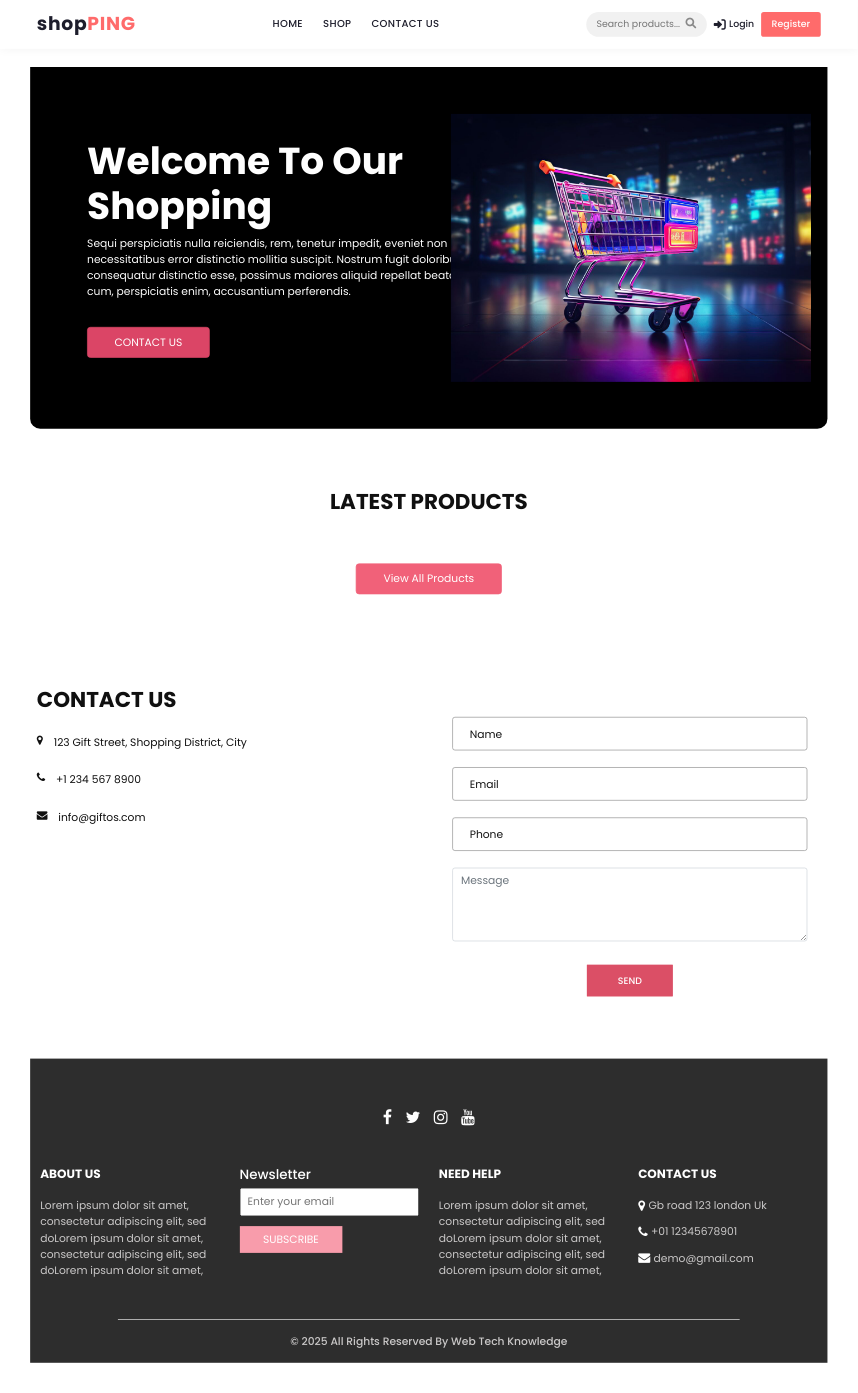
Repository: hahuuchinh2501/ecommerce_project
Page: http://localhost/
An editor plug-in stored every save of this project. The page is shown before and after the next save, followed by the edit.
The browser window is 1280 px wide. The pictures show the whole page, at 67% of full size.
The page is served by the project's Laravel application, run on PHP 8.4 with Laravel 12. Other server files are loaded and not shown. Queries for data that is not in the repository find no rows.

Above is the page before, as saved 2025-04-09 11:36:21.

### routes/web.php
<?php

use App\Http\Controllers\AdminController;
use App\Http\Controllers\ProfileController;
use App\Http\Controllers\ShopController;
use Illuminate\Support\Facades\Route;

use App\Http\Controllers\HomeController;

route::get('/',[HomeController::class,'home']);

route::get('/dashboard',[HomeController::class,'login_home'])->middleware(['auth', 'verified'])->name('dashboard');

Route::get('/myorders', [HomeController::class, 'myorders'])->middleware(['auth', 'verified']);

// Route::get('/dashboard', function () {
//     return view('home.index');
// })->middleware(['auth', 'verified'])->name('dashboard');

Route::middleware('auth')->group(function () {
    Route::get('/profile', [ProfileController::class, 'edit'])->name('profile.edit');
    Route::patch('/profile', [ProfileController::class, 'update'])->name('profile.update');
    Route::delete('/profile', [ProfileController::class, 'destroy'])->name('profile.destroy');
});

require __DIR__.'/auth.php';


route::get('admin/dashboard',[HomeController::class,'index'])->middleware(['auth','admin']);

route::get('view_category',[AdminController::class,'view_category'])->middleware(['auth','admin']);

route::post('add_category',[AdminController::class,'add_category'])->middleware(['auth','admin']);

route::get('delete_category/{id}',[AdminController::class,'delete_category'])->middleware(['auth','admin']);

route::get('edit_category/{id}',[AdminController::class,'edit_category'])->middleware(['auth','admin']);

route::post('update_category/{id}',[AdminController::class,'update_category'])->middleware(['auth','admin']);



route::get('view_brand',[AdminController::class,'view_brand'])->middleware(['auth','admin']);

route::post('add_brand',[AdminController::class,'add_brand'])->middleware(['auth','admin']);

route::get('delete_brand/{id}',[AdminController::class,'delete_brand'])->middleware(['auth','admin']);

route::get('edit_brand/{id}',[AdminController::class,'edit_brand'])->middleware(['auth','admin']);

route::post('update_brand/{id}',[AdminController::class,'update_brand'])->middleware(['auth','admin']);



route::get('add_product',[AdminController::class,'add_product'])->middleware(['auth','admin']);

route::post('upload_product',[AdminController::class,'upload_product'])->middleware(['auth','admin']);

route::get('view_product',[AdminController::class,'view_product'])->middleware(['auth','admin']);


route::get('delete_product/{id}',[AdminController::class,'delete_product'])->middleware(['auth','admin']);

route::get('update_product/{id}',[AdminController::class,'update_product'])->middleware(['auth','admin']);

route::post('edit_product/{id}',[AdminController::class,'edit_product'])->middleware(['auth','admin']);

route::get('product_search',[AdminController::class,'product_search'])->middleware(['auth','admin']);

Route::get('product_details/{id}', [HomeController::class, 'product_details']);

Route::get('add_cart/{id}', [HomeController::class, 'add_cart'])->middleware(['auth', 'verified']);

Route::post('add_cart/{id}', [HomeController::class, 'add_cart'])->middleware(['auth', 'verified']);

Route::get('mycart', [HomeController::class, 'mycart'])->middleware(['auth', 'verified']);

Route::get('remove_cart/{id}', [HomeController::class, 'remove_cart']);

Route::post('update_cart_quantity/{id}', [HomeController::class, 'update_cart_quantity']);


Route::get('view_shop', [HomeController::class, 'view_shop']);

Route::post('confirm_order', [HomeController::class, 'confirm_order'])->middleware(['auth', 'verified']);

Route::get('view_orders', [AdminController::class, 'view_order'])->middleware(['auth', 'admin']);

Route::get('on_delivery/{id}', [AdminController::class, 'on_delivery'])->middleware(['auth', 'admin']);

Route::get('delivered/{id}', [AdminController::class, 'delivered'])->middleware(['auth', 'admin']);

Route::get('print_pdf/{id}', [AdminController::class, 'print_pdf'])->middleware(['auth', 'admin']);

Route::get('view_users', [AdminController::class, 'view_users'])->middleware(['auth', 'admin']);
Route::get('delete_user/{id}', [AdminController::class, 'delete_user'])->middleware(['auth', 'admin']);

Route::get('delete_order/{id}', [HomeController::class, 'delete_order'])->name('delete_order');

Route::controller(HomeController::class)->group(function(){

    Route::get('stripe/{total}', 'stripe');

    Route::post('stripe', 'stripePost')->name('stripe.post');

});

Route::get('view_contact', [HomeController::class, 'view_contact']);

Route::get('search', [HomeController::class, 'search']);

### app/Models/Product.php
<?php

namespace App\Models;

use Illuminate\Database\Eloquent\Factories\HasFactory;
use Illuminate\Database\Eloquent\Model;

class Product extends Model
{
    use HasFactory;

    protected $fillable = [
        'title',
        'description',
        'price',
        'image1',
        'image2',
        'image3',
        'category_id'
    ];

    public function category()
    {
        return $this->belongsTo(Category::class);
    }
}

### resources/views/home/index.blade.php
<!DOCTYPE html>
<html>

<head>
  @include('home.css')
</head>

<body>
  <div class="hero_area">
    <!-- header section strats -->
   @include('home.header')
    <!-- end header section -->
    <!-- slider section -->
    @include('home.slider')

    <!-- end slider section -->
  </div>
  <!-- end hero area -->

  <!-- shop section -->

    @include('home.product')

  <!-- end shop section -->







  <!-- contact section -->

  @include('home.contact')
  <!-- end contact section -->



  <!-- info section -->

 @include('home.footer')

</body>

</html>

### resources/views/home/header.blade.php
<!DOCTYPE html>
<html lang="en">
<head>
  <meta charset="UTF-8">
  <meta name="viewport" content="width=device-width, initial-scale=1.0">
  <title>shopPING - Fashion Store</title>
  <link href="https://cdnjs.cloudflare.com/ajax/libs/font-awesome/6.0.0-beta3/css/all.min.css" rel="stylesheet">
  @include('home.css')
</head>
<body>
  <header class="header">
    <div class="container">
      <nav class="navbar">
        <div class="brand">
          <a href="{{ url('/') }}" class="logo">shop<span>PING</span></a>
        </div>

        <div class="mobile-toggle">
          <i class="fas fa-bars"></i>
        </div>

        <ul class="nav-menu">
          <li class="nav-item">
            <a href="{{ url('/') }}" class="nav-link">Home</a>
          </li>
          <li class="nav-item dropdown">
            <a href="{{ url('view_shop') }}" class="nav-link">Shop</a>

          </li>

          <li class="nav-item">
            <a href="{{ url('view_contact') }}" class="nav-link">Contact Us</a>
          </li>
        </ul>

        <div class="user-actions">
          @if (Route::has('login'))
            @auth
              <a href="{{ url('myorders') }}" class="action-btn">
                <i class="fas fa-list-ul"></i>
                <span>Orders</span>
              </a>
              <a href="{{ url('mycart') }}" class="action-btn">
                <i class="fas fa-shopping-bag"></i>
                <span>Cart</span>
                <span class="cart-count">{{ $count }}</span>
              </a>
              <form class="search-form" action="{{ url('search') }}" method="GET">
    <input type="text" class="search-input" name="search_text" placeholder="Search products..." required>
    <button type="submit" class="search-btn">
        <i class="fas fa-search"></i>
    </button>
</form>



              <form method="POST" action="{{ route('logout') }}" class="logout-form">
                @csrf
                <button type="submit" class="logout-btn">
                  <i class="fas fa-sign-out-alt"></i>
                  <span>Logout</span>
                </button>
              </form>
              <a style="margin-left: 20px;" href="{{ url('/profile') }}">welcome: {{ Auth::user()->name }}</a>

            @else
              <form class="search-form" action="{{ url('search') }}" method="GET">
    <input type="text" class="search-input" name="search_text" placeholder="Search products..." required>
    <button type="submit" class="search-btn">
        <i class="fas fa-search"></i>
    </button>
</form>

              <a href="{{ url('/login') }}" class="action-btn" style="margin: 10px;">
                <i class="fas fa-sign-in-alt"></i>
                <span>Login</span>
              </a>
              <a href="{{ url('/register') }}" class="btn btn-primary">Register</a>
            @endauth
          @endif
        </div>
      </nav>
    </div>
  </header>

  <script>

    window.addEventListener('scroll', function() {
      const header = document.querySelector('.header');
      if (window.scrollY > 50) {
        header.classList.add('header-scrolled');
      } else {
        header.classList.remove('header-scrolled');
      }
    });


    const mobileToggle = document.querySelector('.mobile-toggle');
    const navMenu = document.querySelector('.nav-menu');

    if (mobileToggle) {
      mobileToggle.addEventListener('click', function() {
        navMenu.classList.toggle('active');
      });
    }


    const dropdowns = document.querySelectorAll('.dropdown');

    dropdowns.forEach(dropdown => {
      dropdown.addEventListener('click', function(e) {
        if (window.innerWidth < 992) {
          e.preventDefault();
          this.classList.toggle('active');
        }
      });
    });
  </script>
</body>
</html>

### resources/views/home/slider.blade.php

    <section class="slider_section" style="padding-top: 100px;">
      <div class="slider_container">
        <div id="carouselExampleIndicators" class="carousel slide" data-ride="carousel">
          <div class="carousel-inner">
            <div class="carousel-item active">
              <div class="container-fluid">
                <div class="row">
                  <div class="col-md-7">
                    <div class="detail-box">
                      <h1>
                        Welcome To Our <br>
                        Shopping
                      </h1>
                      <p>
                        Sequi perspiciatis nulla reiciendis, rem, tenetur impedit, eveniet non necessitatibus error distinctio mollitia suscipit. Nostrum fugit doloribus consequatur distinctio esse, possimus maiores aliquid repellat beatae cum, perspiciatis enim, accusantium perferendis.
                      </p>
                      <a href="{{ url('view_contact') }}">
                        Contact Us
                      </a>
                    </div>
                  </div>
                  <div class="col-md-5 ">
                    <div class="img-box">
                      <img style="width:600px" src="images/image3.jpeg" alt="" />
                    </div>
                  </div>
                </div>
              </div>
            </div>

          </div>

        </div>
      </div>
    </section>

### resources/views/home/product.blade.php
 <section class="shop_section layout_padding">
    <div class="container">
      <div class="heading_container heading_center">
        <h2>
          Latest Products
        </h2>
      </div>
      <div class="row">
        @foreach($product as $products )


        <div class="col-sm-6 col-md-4 col-lg-3">
          <div class="box">

              <div class="img-box">
                <img src="products/{{ $products->image1 }}" alt="">
              </div>
              <div class="detail-box">
                <h6>
                  {{ $products->title }}
                </h6>
                <h6>
                  Price
                  <span>
                    {{ $products->price }}
                  </span>
                </h6>
              </div>

            <div style="padding:15px">
              <a class="btn btn-dark" style="color: white" href="{{ url('product_details', $products->id) }}">
                Details
              </a>
               <a class="btn btn-white" style="border: 1px solid " href="{{ url('add_cart', $products->id) }}">
                add cart
              </a>
          </div>
          </div>
        </div>
        @endforeach
        </div>
      </div>
      <div class="btn-box">
        <a href="{{ url('view_shop') }}">
          View All Products
        </a>
      </div>
    </div>
  </section>

### resources/views/home/contact.blade.php
<section class="contact_section py-5">
  <div class="container">
    <div class="row">
      <div class="col-md-6">
        <div class="heading_container mb-4">
          <h2>Contact Us</h2>
        </div>
        <div class="contact_info">
          <div class="info_item d-flex mb-3">
            <i class="fa fa-map-marker mr-3" aria-hidden="true"></i>
            <p>123 Gift Street, Shopping District, City</p>
          </div>
          <div class="info_item d-flex mb-3">
            <i class="fa fa-phone mr-3" aria-hidden="true"></i>
            <p>+1 234 567 8900</p>
          </div>
          <div class="info_item d-flex mb-3">
            <i class="fa fa-envelope mr-3" aria-hidden="true"></i>
            <p>info@giftos.com</p>
          </div>
        </div>
      </div>
      <div class="col-md-6">
        <form action="#">
          <div class="form-group">
            <input type="text" class="form-control" placeholder="Name" required />
          </div>
          <div class="form-group">
            <input type="email" class="form-control" placeholder="Email" required />
          </div>
          <div class="form-group">
            <input type="text" class="form-control" placeholder="Phone" />
          </div>
          <div class="form-group">
            <textarea class="form-control" rows="4" placeholder="Message" required></textarea>
          </div>
          <button type="submit" class="btn btn-primary">SEND</button>
        </form>
      </div>
    </div>
  </div>
</section>

### resources/views/home/footer.blade.php
<section class="info_section  layout_padding2-top">
    <div class="social_container">
      <div class="social_box">
        <a href="">
          <i class="fa fa-facebook" aria-hidden="true"></i>
        </a>
        <a href="">
          <i class="fa fa-twitter" aria-hidden="true"></i>
        </a>
        <a href="">
          <i class="fa fa-instagram" aria-hidden="true"></i>
        </a>
        <a href="">
          <i class="fa fa-youtube" aria-hidden="true"></i>
        </a>
      </div>
    </div>
    <div class="info_container ">
      <div class="container">
        <div class="row">
          <div class="col-md-6 col-lg-3">
            <h6>
              ABOUT US
            </h6>
            <p>
              Lorem ipsum dolor sit amet, consectetur adipiscing elit, sed doLorem ipsum dolor sit amet, consectetur adipiscing elit, sed doLorem ipsum dolor sit amet,
            </p>
          </div>
          <div class="col-md-6 col-lg-3">
            <div class="info_form ">
              <h5>
                Newsletter
              </h5>
              <form action="#">
                <input type="email" placeholder="Enter your email">
                <button>
                  Subscribe
                </button>
              </form>
            </div>
          </div>
          <div class="col-md-6 col-lg-3">
            <h6>
              NEED HELP
            </h6>
            <p>
              Lorem ipsum dolor sit amet, consectetur adipiscing elit, sed doLorem ipsum dolor sit amet, consectetur adipiscing elit, sed doLorem ipsum dolor sit amet,
            </p>
          </div>
          <div class="col-md-6 col-lg-3">
            <h6>
              CONTACT US
            </h6>
            <div class="info_link-box">
              <a href="">
                <i class="fa fa-map-marker" aria-hidden="true"></i>
                <span> Gb road 123 london Uk </span>
              </a>
              <a href="">
                <i class="fa fa-phone" aria-hidden="true"></i>
                <span>+01 12345678901</span>
              </a>
              <a href="">
                <i class="fa fa-envelope" aria-hidden="true"></i>
                <span> demo@gmail.com</span>
              </a>
            </div>
          </div>
        </div>
      </div>
    </div>
    <!-- footer section -->
    <footer class=" footer_section">
      <div class="container">
        <p>
          &copy; <span id="displayYear"></span> All Rights Reserved By
          <a href="https://html.design/">Web Tech Knowledge</a>
        </p>
      </div>
    </footer>
    <!-- footer section -->

  </section>

  <!-- end info section -->


  <script src="{{asset('js/jquery-3.4.1.min.js') }}"></script>
  <script src="{{asset('js/bootstrap.js') }}"></script>
  <script src="https://cdnjs.cloudflare.com/ajax/libs/OwlCarousel2/2.3.4/owl.carousel.min.js">
  </script>
  <script src="{{asset('js/custom.js') }}"></script>

### public/css/responsive.css
@media (max-width: 1120px) {
    .saving_section .detail-box {
        padding: 0;
    }
}

@media (max-width: 992px) {
    .user_option {
        justify-content: center;
        margin-left: 0;
        margin-top: 10px;

    }

    .custom_nav-container {
        flex-direction: row;
    }

    .custom_nav-container .navbar-nav {
        align-items: center;
    }

    #navbarSupportedContent .navbar-nav .nav-link {
        margin: 5px 0;
    }

    .slider_section .detail-box {
        padding-left: 0;
    }

    .slider_section .detail-box h1 {
        font-size: 3rem;
    }

    .slider_section .img-box {
        padding: 0;
    }

    .saving_section .row {
        flex-direction: column-reverse;
    }

    .saving_section .detail-box {

        margin-bottom: 30px;
    }

    .client_section .box {
        margin: 15px 25px;
    }

    .client_section .carousel_btn-box {
        display: flex;
        justify-content: center;
        margin-top: 45px;
    }

    .client_section .carousel-control-prev,
    .client_section .carousel-control-next {
        position: unset;
        margin: 0 2.5px;
        width: 45px;
        height: 45px;
    }
}

@media (max-width: 768px) {
    .hero_area {
        padding: 0 25px;
    }

    .slider_section .img-box {
        margin-bottom: 45px;
    }

    .saving_section,
    .gift_section {
        padding-left: 25px;
        padding-right: 25px;
    }

    .gift_section .box {
        padding: 45px 0;
    }

    .gift_section .img-box {
        padding: 0 15px;
        margin-bottom: 45px;
    }

    .info_section .row>div {
        text-align: center;
        display: flex;
        flex-direction: column;
        align-items: center;

    }

    .info_section {
        margin: 0 25px 25px;
    }


}

@media (max-width: 576px) {
    .contact_section {
        padding-left: 25px;
        padding-right: 25px;
    }
}

@media (max-width: 480px) {

    .saving_section .detail-box,
    .gift_section .detail-box {
        padding: 0 5px;
    }
}

@media (max-width: 420px) {}

@media (max-width: 376px) {}

@media (min-width: 1200px) {
    .container {
        max-width: 1170px;
    }
}

Loaded but not shown: app/Providers/AppServiceProvider.php (common file); routes/auth.php (common file); app/Http/Controllers/Auth/EmailVerificationPromptController.php (common file); app/Http/Controllers/Controller.php (common file); app/Http/Controllers/Auth/VerifyEmailController.php (common file); public/css/bootstrap.css (library); public/js/jquery-3.4.1.min.js (library); public/js/bootstrap.js (library); public/js/custom.js (common file); public/css/font-awesome.min.css (library); public/css/style.css (856 lines, source omitted); resources/views/home/css.blade.php (421 lines, source omitted); app/Http/Controllers/HomeController.php (308 lines, source omitted)

After the next save:
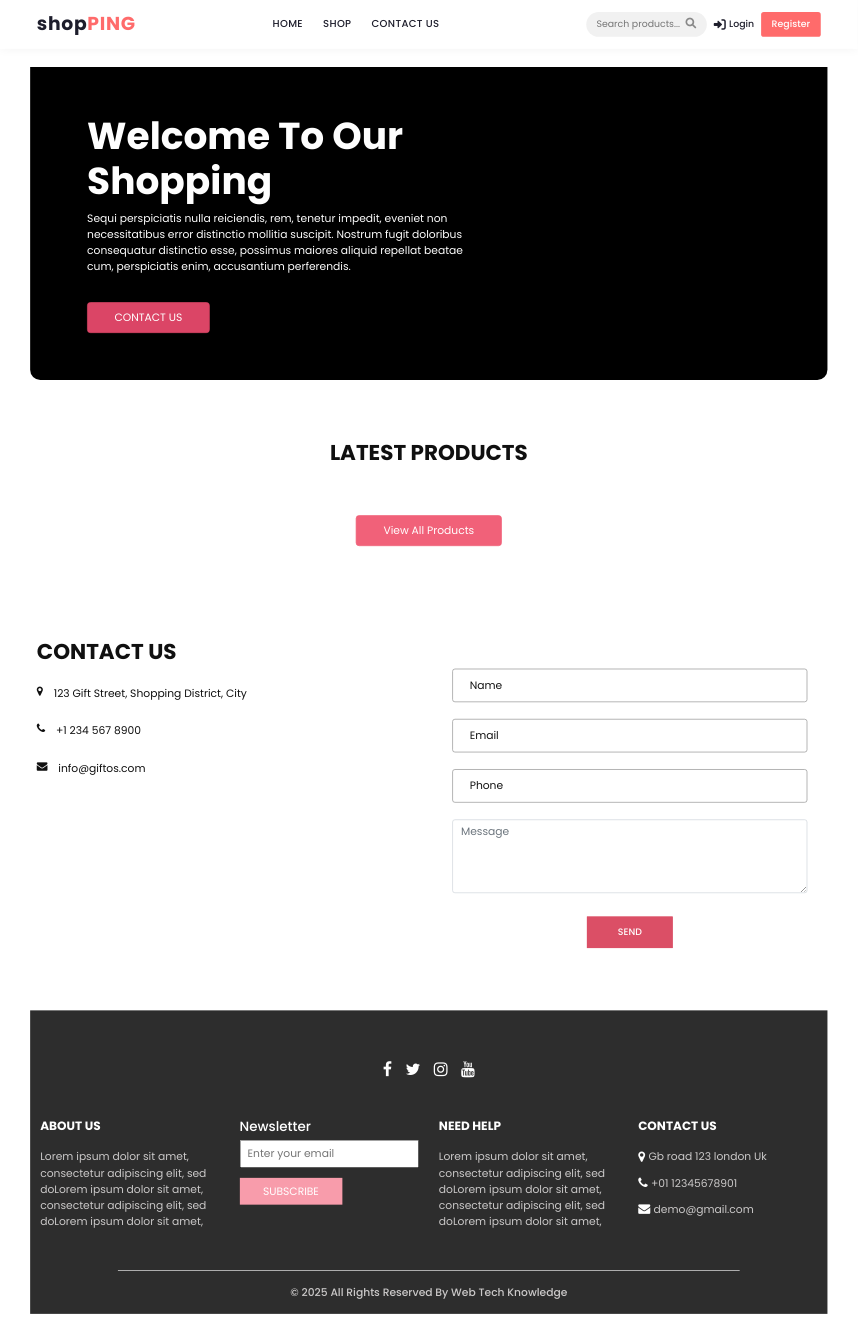
Saved 7 min 42 s later.
--- a/resources/views/home/slider.blade.php
+++ b/resources/views/home/slider.blade.php
@@ -22,7 +22,7 @@
                   </div>
                   <div class="col-md-5 ">
                     <div class="img-box">
-                      <img style="width:600px" src="images/image3.jpeg" alt="" />
+                      <img style="width:600px" src="images/img_bg.jpg" alt="" />
                     </div>
                   </div>
                 </div>
